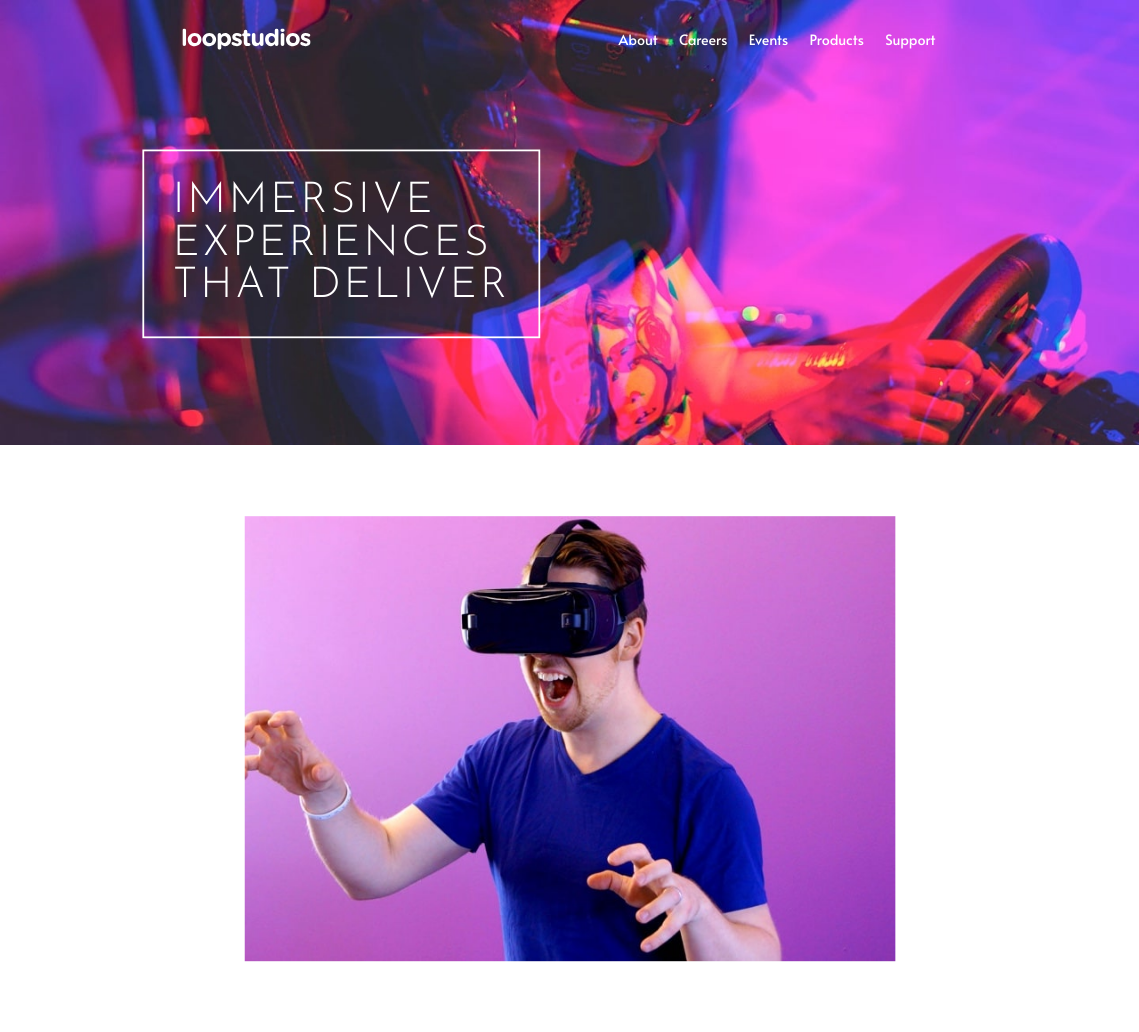
Repository: gligor99/loopstudios-fm
Page: /
These files come from the project's save history. The page is drawn as it stood at one moment and after the next save; the edit follows.
The browser window is 1280 px wide. The pictures show the whole page, at 89% of full size.
Backgrounds fixed to the window are drawn as part of the page. The project was rebuilt for these pictures with package versions that can differ from the ones it lists, and the page was loaded fresh each time.

Above is the page before, as saved 2021-11-28 15:34:59.

### src/index.css
@import url('https://fonts.googleapis.com/css2?family=Alata&family=Josefin+Sans:wght@300&display=swap');

:root {
  --clr-white: hsl(0, 0%, 100%);
  --clr-black: hsl(0, 0%, 0%);
  --clr-dark-gray: hsl(0, 0%, 55%);
  --clr-very-dark-gray: hsl(0, 0%, 41%)
}

*,
::after,
::before {
  margin: 0;
  padding: 0;
  box-sizing: border-box;
}

body {
  font-family: "Alata", sans-serif;
  background: var(--clr-light-grayish-cyan);
  color: var(--clr-grey-1);
  font-size: 1rem;
}

### src/App.jsx
import About from "./components/About/About";
import Hero from "./components/Hero/Hero";


function App() {
  return (
    <div className="App">
      <Hero />
      <About />
    </div>
  );
}

export default App;

### src/components/About/About.jsx
import './about.css'
import image from '../../assets/desktop/image-interactive.jpg'

const About = () => {
  return <div className="about-container">
      <img className="image-interactive" src={image} alt="interactive.jpg" />
  </div>;
};

export default About;

### src/components/Hero/Hero.jsx
import React from "react";
import Navbar from "../Navbar/Navbar";
import "./hero.css";

const Hero = () => {
  return (
    <div className="container">
      <Navbar />
      <div className="container-content">
        <h1 className="title">
          Immersive <br /> experiences <br />
          that deliver
        </h1>
      </div>
    </div>
  );
};

export default Hero;

### src/components/About/about.css
.about-container {
    display: flex;
    justify-content: center;
    margin: auto;
    padding: 5rem;
}

.image-interactive{
    height: 80%;
}

### src/components/Navbar/Navbar.jsx
import logo from "../../assets/logo.svg";
import "./navbar.css";

const Navbar = () => {
  return (
    <div className="wrapper">
      <img src={logo} alt="logo.svg" />
      <ul>
        <li>
          <a href="/about">About</a>
        </li>
        <li>
          <a href="/careers">Careers</a>
        </li>
        <li>
          <a href="/events">Events</a>
        </li>
        <li>
          <a href="/products">Products</a>
        </li>
        <li>
          <a href="/support">Support</a>
        </li>
      </ul>
    </div>
  );
};

export default Navbar;

### src/components/Hero/hero.css
.container {
    background: url('../../assets/desktop/image-hero.jpg');
    background-repeat: no-repeat;
    background-attachment: fixed;
    background-size: cover;
    height: 500px;
}
.container-content {
    display: flex;
    margin-top: 5rem;
    margin-left: 10rem;
}

.title {
    border: 2px solid var(--clr-white);
    padding: 2rem;
    text-transform: uppercase;
    font-family: 'Josefin Sans' , sans-serif;
    font-size: 3rem;
    font-weight: 100;
    letter-spacing: 0.2rem;
    color: white;
}

### src/components/Navbar/navbar.css
.wrapper {
  display: flex;
  flex-direction: row;
  justify-content: space-around;
  align-items: center;
  margin: auto;
  padding: 2rem;
  background-color: transparent;
}
img {
  height: 1.5rem;
}
ul {
  display: flex;
  flex-wrap: nowrap;
  justify-content: space-evenly;
}
li {
  list-style-type: none;
  padding-right: 1.5rem;
}
a {
  position: relative;
  display: inline-block;
  text-decoration: none;
  color: var(--clr-white);
}
a:after {
  content: "";
  position: absolute;
  left: 0;
  top: 100%;
  width: 0;
  height: 1.8px;
  background-color: var(--clr-white);
  transition: width 0.2s ease-in-out;
}
a:hover:after {
  width: 100%;
}

Loaded but not shown: public/index.html (common file); src/index.jsx (common file)

After the next save:
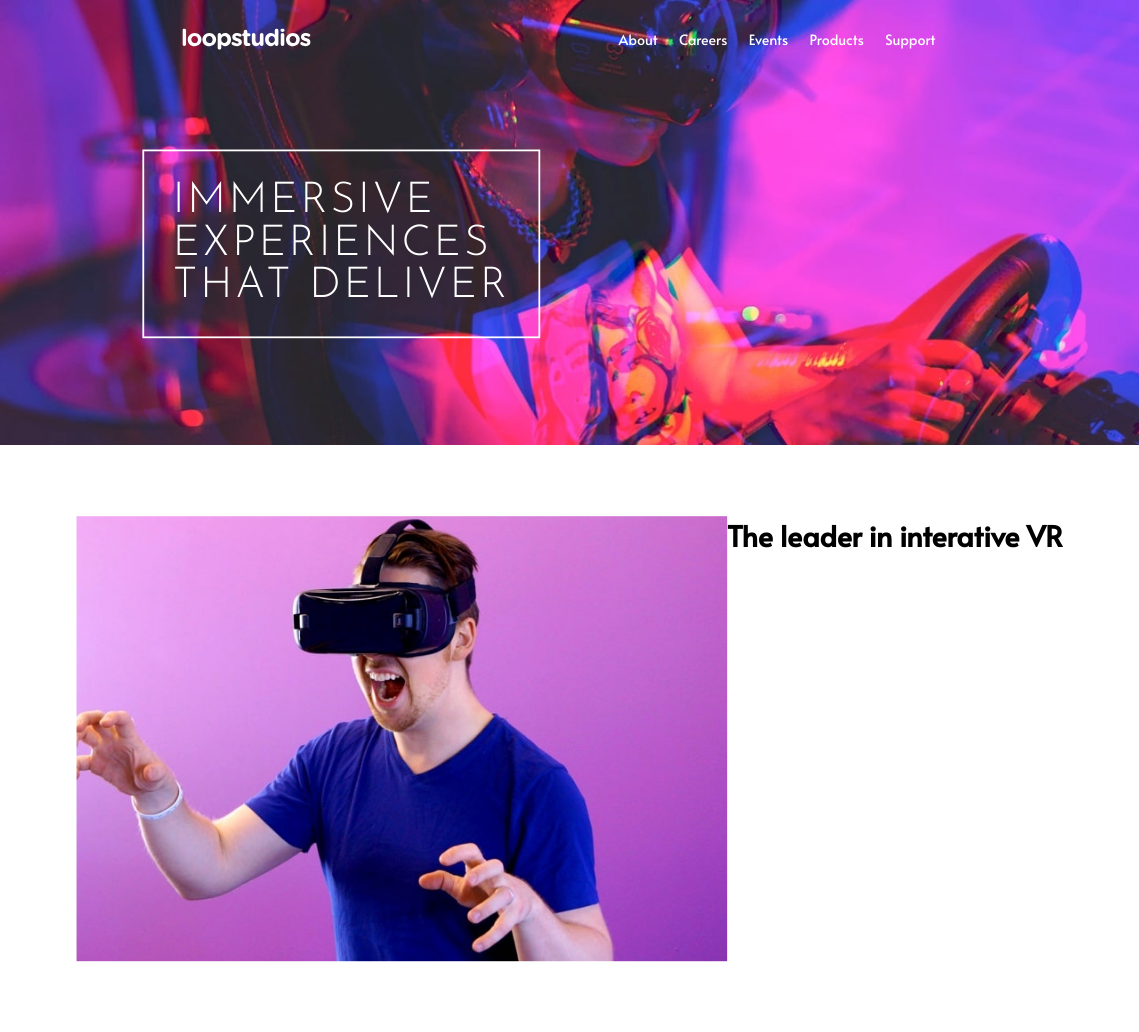
Saved 45 s later.
--- a/src/components/About/About.jsx
+++ b/src/components/About/About.jsx
@@ -4,6 +4,11 @@ import image from '../../assets/desktop/image-interactive.jpg'
 const About = () => {
   return <div className="about-container">
       <img className="image-interactive" src={image} alt="interactive.jpg" />
+      <div className="about-content">
+          <h1 className="about-title">
+              The leader in interative VR
+          </h1>
+      </div>
   </div>;
 };
 
